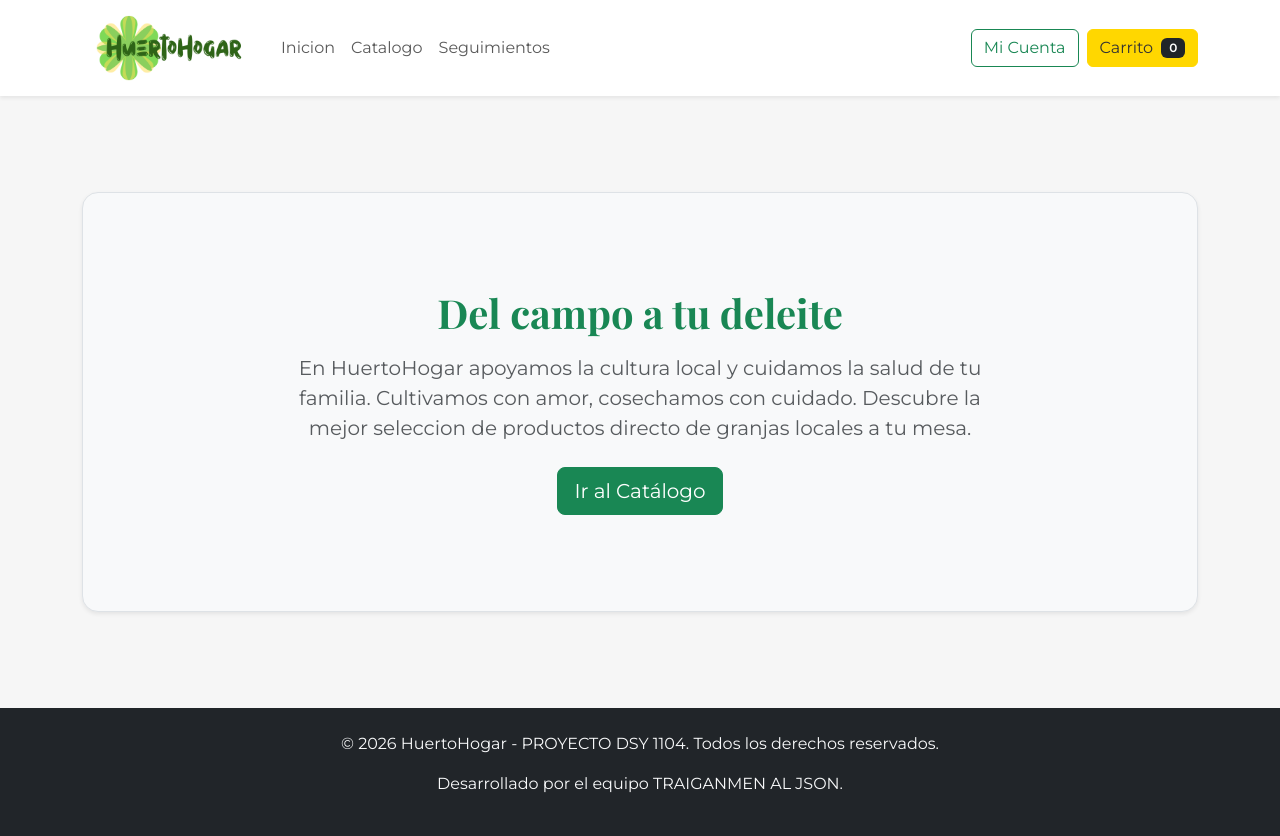
Repository: RottZen/Ev_1_Huerto_Hogar
Page: 1_inicio/index.html
The author's editor kept a copy of each file at every save. The page is drawn from the files as they stood at one save, then again after the next save.
The browser window is 1280 px wide. The pictures show the whole page.

Above is the page before, as saved 2026-09-08 16:30:33.

After the next save:
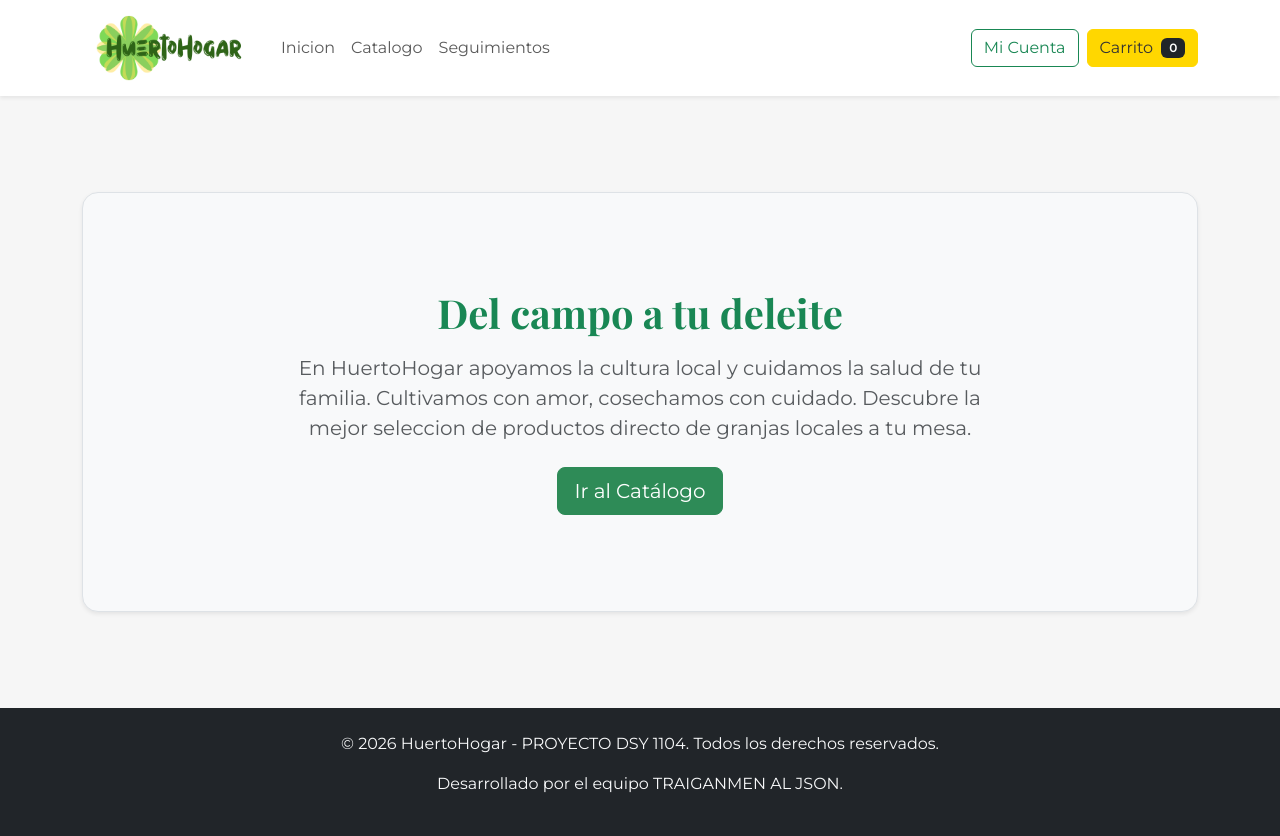
Saved 80 s later.
--- a/1_inicio/index.html
+++ b/1_inicio/index.html
@@ -48,7 +48,9 @@
                     <div class="col-lg-8 col-md-8 mx-auto">
                         <h1 class="fw-bold text-success mb-3" style="font-family: 'Playfair Display' serif;">Del campo a tu deleite</h1>
                         <p class="lead text-muted mb-4">En HuertoHogar apoyamos la cultura local y cuidamos la salud de tu familia. Cultivamos con amor, cosechamos con cuidado. Descubre la mejor seleccion de productos directo de granjas locales a tu mesa.</p>
-                        <a href="../2_catalogo/catalogo.html" class="btn btn-success btn-lg px4 gap-3">Ir al Catálogo</a>
+                        <!-- btn catalogo -->
+                        <a href="../2_catalogo/catalogo.html" class="btn btn-primary btn-lg px4 gap-3">Ir al Catálogo</a>
+
                     </div>
                 </div>
             </section>
